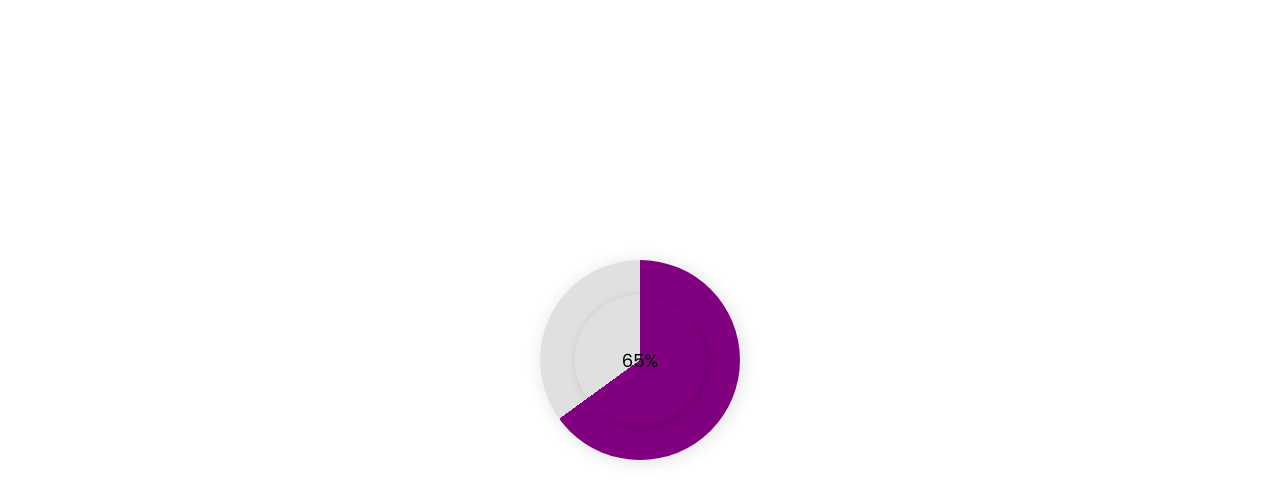
Repository: Ankitkr2021/Loader-Spinner
Page: index.html
The author's editor kept a copy of each file at every save. The page is drawn from the files as they stood at one save, then again after a run of saves.
The browser window is 1280 px wide. The pictures show the whole page.

Above is the page before, as saved 2025-10-21 11:39:01.

After the next 2 saves:
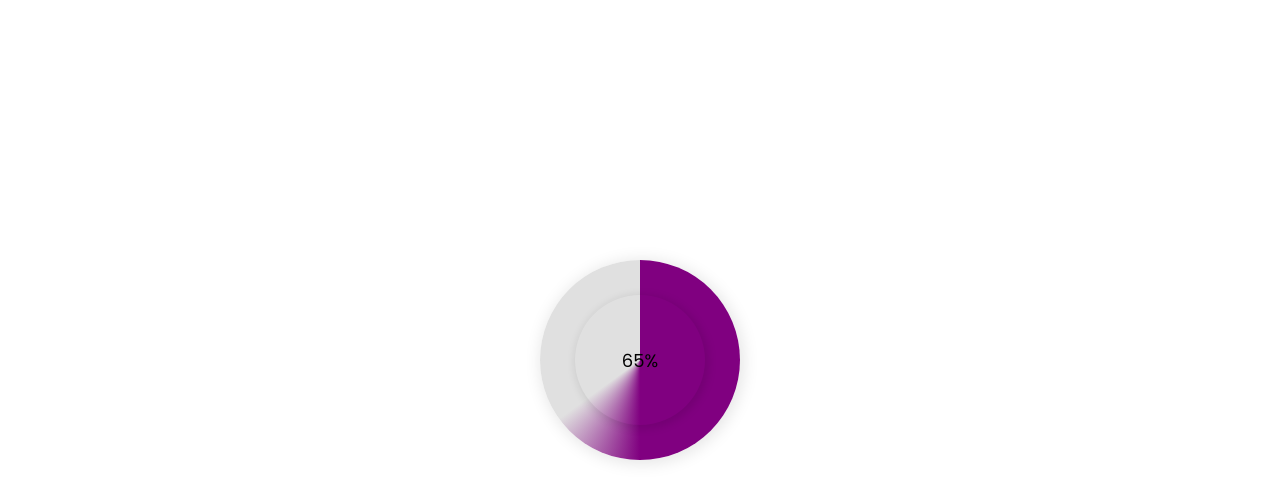
The 2 saves are shown as one change because they came seconds apart.
The last was saved 13 s later.
--- a/style.css
+++ b/style.css
@@ -20,7 +20,7 @@ body {
     height: 200px;
     border-radius: 50%;
     box-shadow: 2px 2px 16px 2px rgba(0,0,0,0.1);
-    background: conic-gradient(purple 0% 65%, #e0e0e0 65% 100%);
+    background: conic-gradient(purple  50%, #e0e0e0 65% 100%);
 }
 
 
